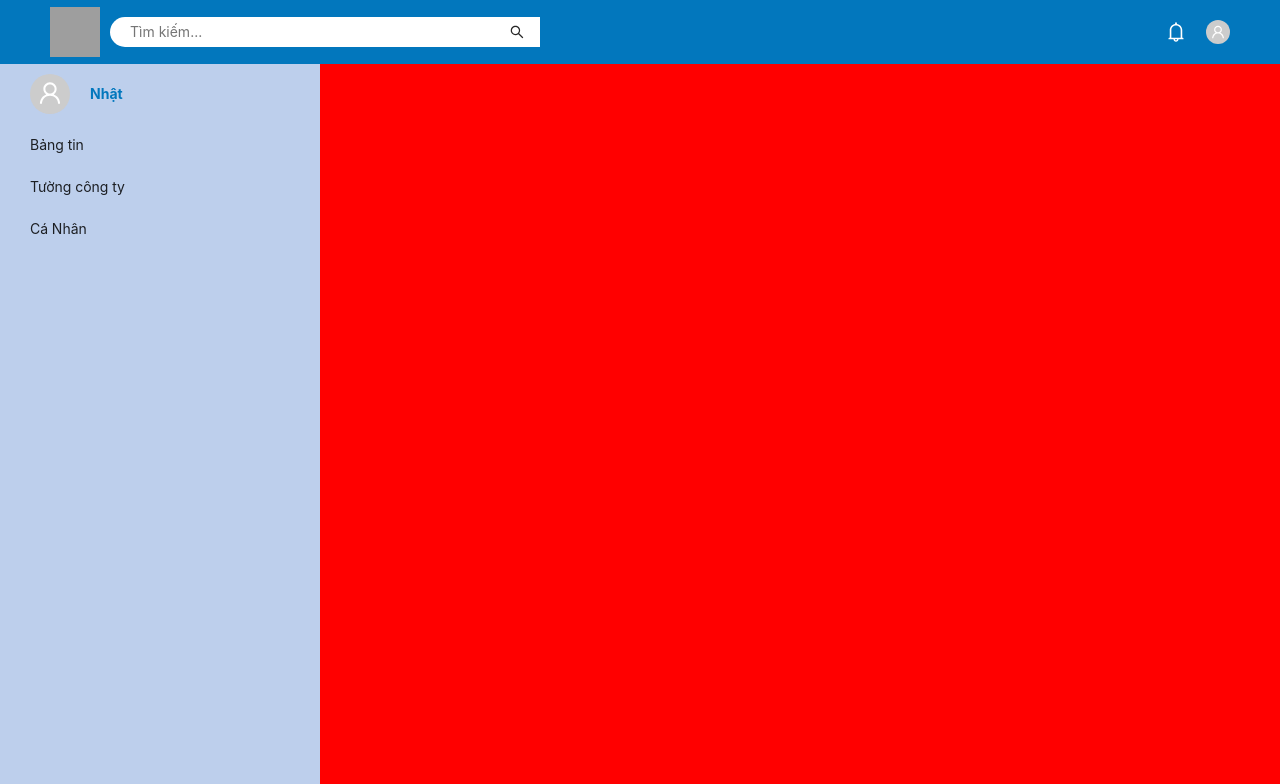
Repository: baonhat27/SocialNetwork_FE
Page: /home
These files come from the project's save history. The page is drawn as it stood at one moment and after the next save; the edit follows.
The browser window is 1280 px wide. The pictures show the whole page.
Pictures or frames that could not be fetched are drawn as grey boxes. The project was rebuilt for these pictures with package versions that can differ from the ones it lists, and the page was loaded fresh each time. Also part of the build but not shown: src/containers/loginPage/component/LoginPageComponent.module.css, src/components/Input/Input.module.css, src/components/Input/Input.js, src/components/Button/Button.module.css, src/components/Button/Button.js, src/containers/loginPage/component/LoginPageComponent.js, src/containers/loginPage/LoginPageContainer.js.

Above is the page before, as saved 2022-03-09 22:19:55.

### public/index.html
<!DOCTYPE html>
<html lang="en">
  <head>
    <meta charset="utf-8" />
    <link rel="icon" href="%PUBLIC_URL%/favicon.ico" />
    <meta name="viewport" content="width=device-width, initial-scale=1" />
    <meta name="theme-color" content="#000000" />
    <meta
      name="description"
      content="Web site created using create-react-app"
    />
    <link rel="apple-touch-icon" href="%PUBLIC_URL%/logo192.png" />
    <!--
      manifest.json provides metadata used when your web app is installed on a
      user's mobile device or desktop. See https://developers.google.com/web/fundamentals/web-app-manifest/
    -->
    <link rel="manifest" href="%PUBLIC_URL%/manifest.json" />
    <!--
      Notice the use of %PUBLIC_URL% in the tags above.
      It will be replaced with the URL of the `public` folder during the build.
      Only files inside the `public` folder can be referenced from the HTML.

      Unlike "/favicon.ico" or "favicon.ico", "%PUBLIC_URL%/favicon.ico" will
      work correctly both with client-side routing and a non-root public URL.
      Learn how to configure a non-root public URL by running `npm run build`.
    -->
    <title>Social network</title>
  </head>
  <body>
    <noscript>You need to enable JavaScript to run this app.</noscript>
    <div id="root"></div>
    <!--
      This HTML file is a template.
      If you open it directly in the browser, you will see an empty page.

      You can add webfonts, meta tags, or analytics to this file.
      The build step will place the bundled scripts into the <body> tag.

      To begin the development, run `npm start` or `yarn start`.
      To create a production bundle, use `npm run build` or `yarn build`.
    -->
  </body>
</html>

### src/index.js
import React from 'react';
import ReactDOM from 'react-dom';
import './index.css';
import App from './App';
import 'antd/dist/antd.min.css'
import reportWebVitals from './reportWebVitals';
import { BrowserRouter } from 'react-router-dom';

ReactDOM.render(
  <React.StrictMode>
    <BrowserRouter>
      <App />
    </BrowserRouter>
  </React.StrictMode>,
  document.getElementById('root')
);

// If you want to start measuring performance in your app, pass a function
// to log results (for example: reportWebVitals(console.log))
// or send to an analytics endpoint. Learn more: https://bit.ly/CRA-vitals
reportWebVitals();

### src/App.js
import { Route,Switch } from 'react-router-dom';
import './App.css';
import HeaderContainer from './containers/header/HeaderContainer';
import HomeContainer from './containers/home/HomeContainer';
import LoginPageContainer from './containers/loginPage/LoginPageContainer';
function App() {
  return (
    <div className="App">
      <Switch>
        <Route path='/login'>
          <LoginPageContainer/>
        </Route>
        <Route path="/home">
            <HeaderContainer/>
            <HomeContainer/>
        </Route>
      </Switch>
    </div>
  );
}

export default App;

### src/containers/header/HeaderContainer.js
import React from 'react';
import HeaderComponent from './component/HeaderComponent';

const HeaderContainer = () => {
    return (
        <HeaderComponent></HeaderComponent>
    );
};

export default HeaderContainer;

### src/containers/home/HomeContainer.js
import HomeComponent from "./component/HomeComponent"
import React from 'react';

const HomeContainer = () => {
    return (
        <div>
            <HomeComponent/>
        </div>
    );
};

export default HomeContainer;

### src/containers/header/component/HeaderComponent.js
import React from 'react';
import { Layout} from "antd";
import { Avatar } from 'antd';
import { UserOutlined, BellOutlined  } from '@ant-design/icons';
import styles from "./header.module.css"
import Search from '../../../components/Search/Search';


const { Header } = Layout;


const HeaderComponent = () => {
    return (
        <Header className={styles.header}>
            <div class={styles.header_left}>
                <img className={styles.img_logo}
                    src='https://images.yourstory.com/cs/images/companies/484073261089321671237850235461832427438080n-1609922812339.png'
                />
                <Search/>
            </div>
            <div class={styles.header_right}>
                <BellOutlined
                    style={{fontSize: '20px', color:'white'}}
                />
                <Avatar size="small" icon={<UserOutlined />} style={{marginLeft: 20,marginRight: 0}} />
            </div>
        </Header>
    );
};

export default HeaderComponent;

### src/containers/home/component/HomeComponent.js
import styles from "./HomeComponent.module.css"
import React from "react";
import { Layout} from "antd";
import SiderContainer from "../../sider/SiderContainer";
import ContentContainer from "../../content/ContentContainer";

const {  Content } = Layout;

const HomeComponent = (props) => {
    return (
        <div className={styles.home}>
            <SiderContainer/>
            <ContentContainer/>
        </div>

    );
};

export default HomeComponent;

### src/containers/header/component/header.module.css
.header{
    background-color: #0277bd !important;
    display: flex;
    justify-content: space-between;
    align-items: center;
}
.header_left{
    display: flex;
    align-items: center;
}
.header_right{
    display: flex;
    align-items: center;
}
.search {
    margin-left: 50px;
    width: 400px !important;
}
.img_logo{
    width: 50px;
    height: 50px;
    background-size: cover;
}

### src/components/Search/Search.js
import React from 'react';
import './Search.css'
import { SearchOutlined } from '@ant-design/icons';

const Search = () => {
    return (
    <>
        <input
            placeholder='Tìm kiếm...'
            className='inputSearch'
        />
        <SearchOutlined
            className='iconSearch'
        />

    </>
    );
};

export default Search;

### src/containers/sider/SiderContainer.js
import React from 'react';
import SiderComponent from './component/SiderComponent';

const SiderContainer = () => {
    return (
        <SiderComponent>

        </SiderComponent>
    );
};

export default SiderContainer;

### src/containers/content/ContentContainer.js
import React from 'react';
import ContentComponent from './component/ContentComponent';

const ContentContainer = () => {
    return (
        <ContentComponent>

        </ContentComponent>
    );
};

export default ContentContainer;

### src/components/Search/Search.css
.inputSearch{
    border: none;
    border-top-left-radius: 20px;
    border-bottom-left-radius: 20px;
    width: 400px;
    height: 30px;
    margin-left: 10px;
    padding-left: 20px;
}
.iconSearch{

    background-color: white;
    height: 30px;
    width: 30px;
    display: flex;
    padding: 8px 0px;
}
.iconSearch:hover{
    cursor: pointer;
}

### src/containers/sider/component/SiderComponent.js
import React from 'react';
import styles from './Sider.module.css'
import {  Avatar } from "antd";
import { UserOutlined } from "@ant-design/icons";


const SiderComponent = (props) => {
    return (
        <div className={styles.sider}>
            <div className={`${styles.user_info} ${styles.sider_item}`}>
                    <Avatar size="large" icon={<UserOutlined/>}></Avatar>
                    <div className={styles.user_name}> Nhật</div>
            </div>
            <div className={styles.sider_item}>
                Bảng tin
            </div>
            <div className={styles.sider_item}>Tường công ty</div>
            <div className={styles.sider_item}>Cá Nhân</div>
        </div>
    );
};

export default SiderComponent;

### src/containers/content/component/ContentComponent.js
import React from 'react';
import styles from "./ContentComponent.module.css"

const ContentComponent = () => {
    return (
        <div className={styles.content}>

        </div>
    );
};

export default ContentComponent;

### src/containers/sider/component/Sider.module.css
.sider{
    background-color: #bdcfec !important;
    height: 100vh;
    display: flex;
    width: 25%;
    display: flex;
    flex-direction: column;
}
.sider_item{
    margin: 10px 0px 10px 30px;
}
.sider_item:hover{
    cursor: pointer;
    opacity: 75%;
    background-color: #0277bd;
}
.user_info{
    display: flex;
}
.user_name{
    margin-left: 20px;
    color: #0277bd;
    font-weight: 700;
    display: flex;
    align-items: center;
}

### src/containers/content/component/ContentComponent.module.css
.content{
    background-color: red;
    width: 75%;
}

Loaded but not shown: src/index.css (common file); src/reportWebVitals.js (common file); src/containers/home/component/HomeComponent.module.css (common file); src/App.css (no stored copy; drawn as an empty file)

After the next save:
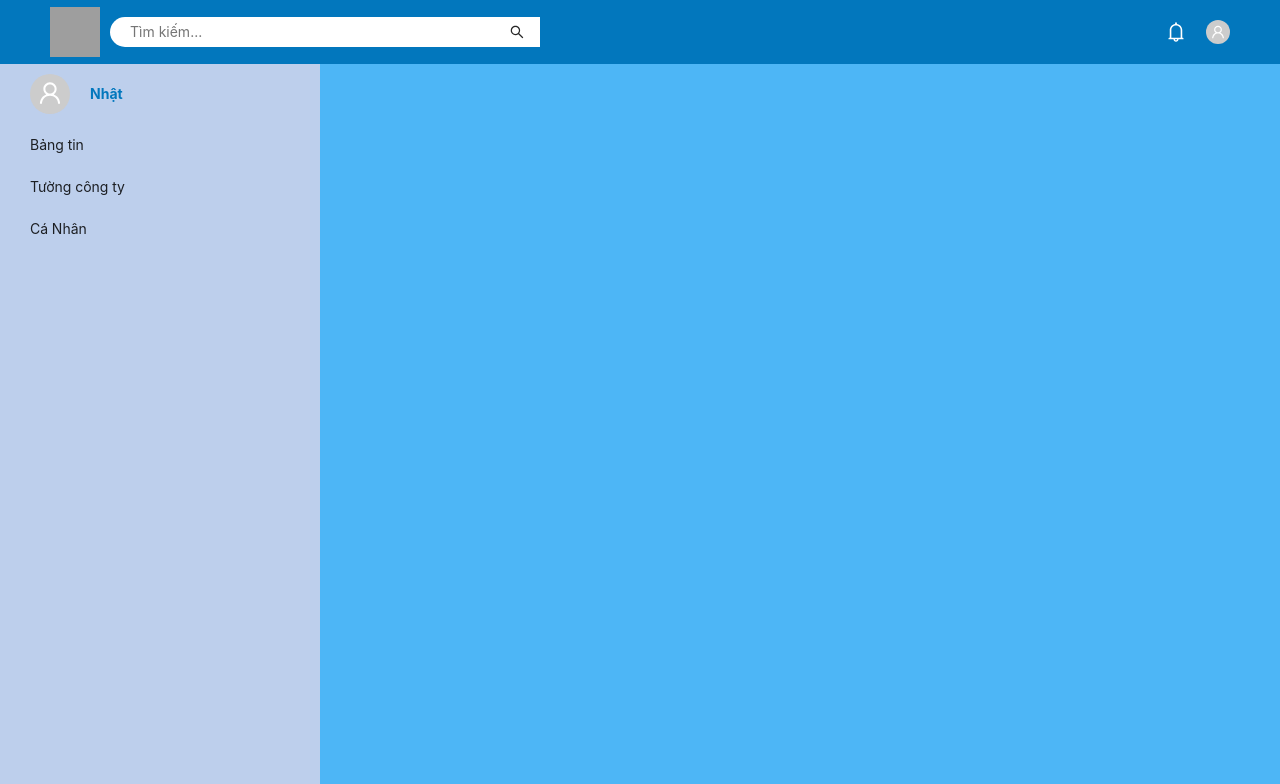
Saved 22 s later.
--- a/src/containers/content/component/ContentComponent.module.css
+++ b/src/containers/content/component/ContentComponent.module.css
@@ -1,4 +1,4 @@
 .content{
-    background-color: red;
+    background-color: #4db6f6;
     width: 75%;
 }
